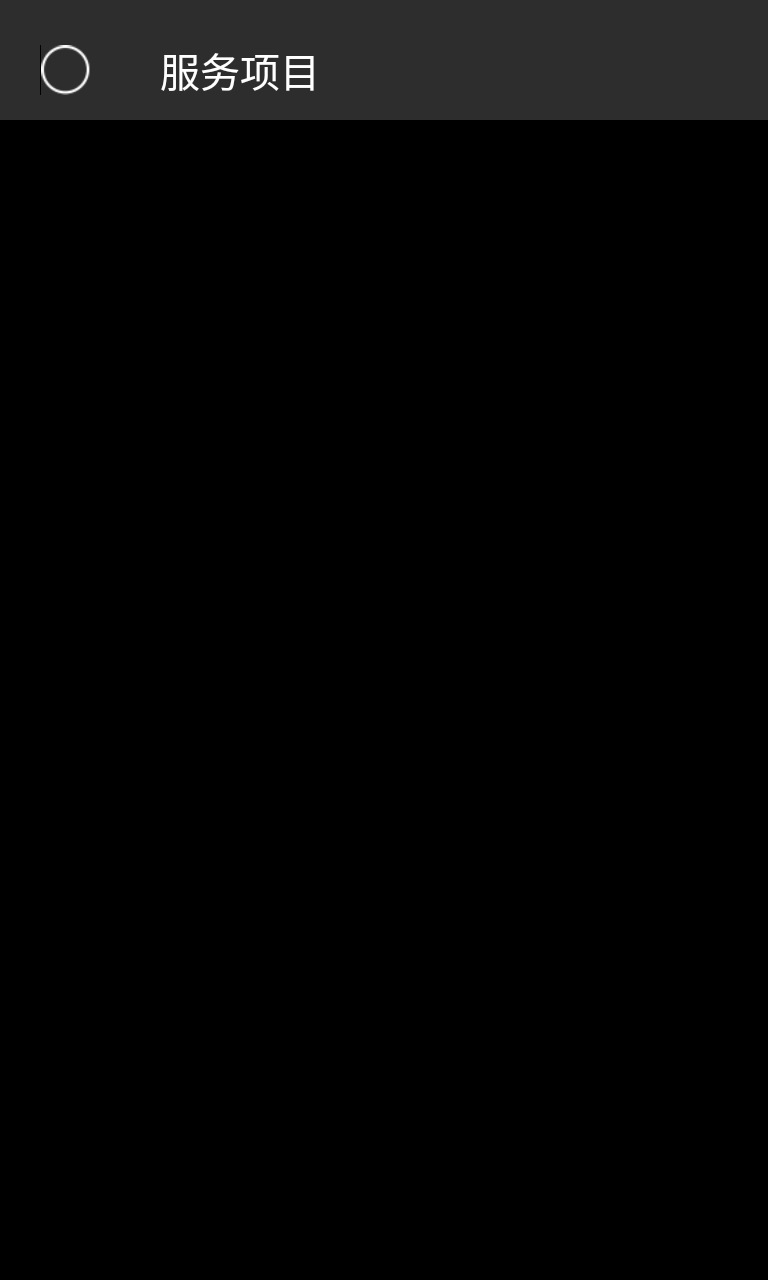
Repository: appleseedez/rongmeme-android
Layout: rmm/res/layout/star_small_item_custom.xml
An editor plug-in stored every save of this project. The layout is shown before and after a run of saves, followed by the edit.
It is drawn on a 768 x 1280 px phone screen (xhdpi) without system bars, with theme AppTheme; the app's code is not run.

Above is the layout before, as saved 2014-07-02 13:08:25.

After the next 3 saves:
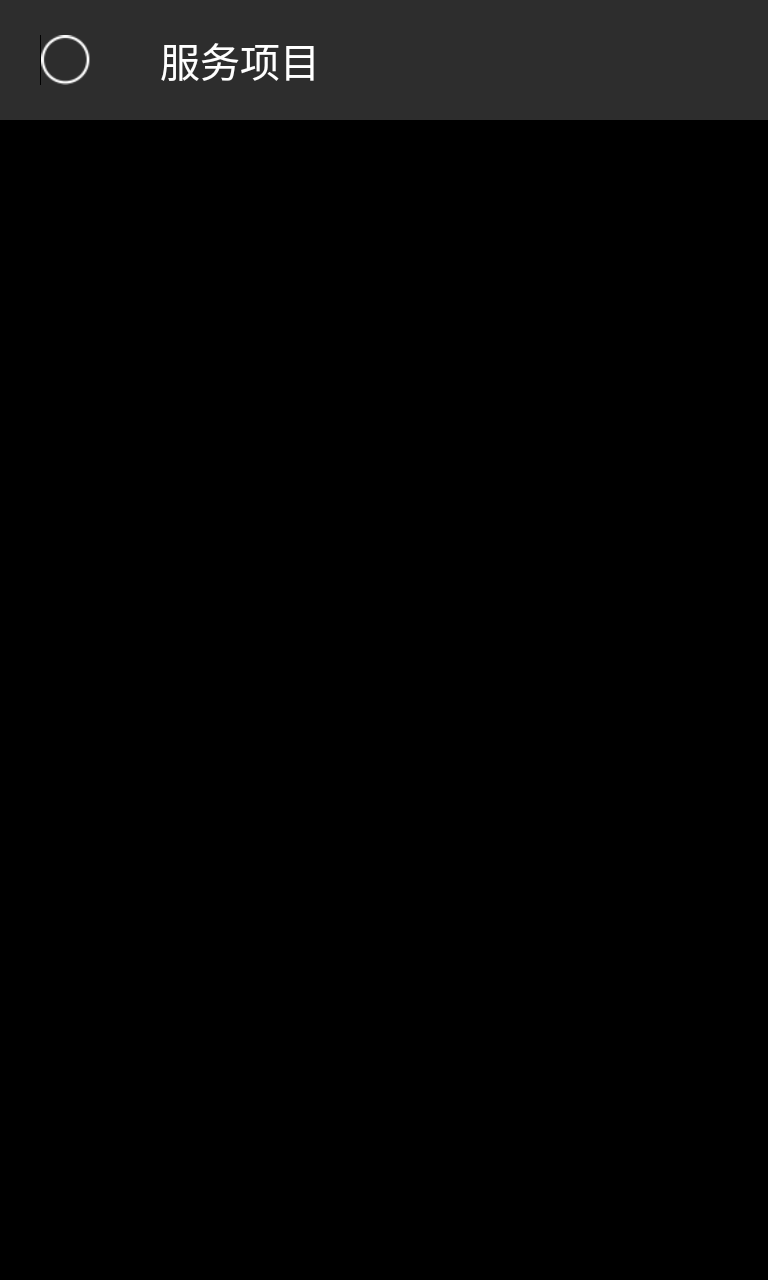
The 3 saves are shown as one change because they came seconds apart.
The last was saved 82 s later.
--- a/rmm/res/layout/star_small_item_custom.xml
+++ b/rmm/res/layout/star_small_item_custom.xml
@@ -33,12 +33,12 @@
             android:text="@string/ssia_small_category_name_title_text"
             android:textColor="@color/white"
             android:textSize="20sp" />
-
-        <View
-            android:layout_width="match_parent"
-            android:layout_height="1.5dp"
-            android:background="@null" >
-        </View>
     </RelativeLayout>
 
+    <View
+        android:layout_width="match_parent"
+        android:layout_height="1.5dp"
+        android:background="@null" >
+    </View>
+
 </LinearLayout>
